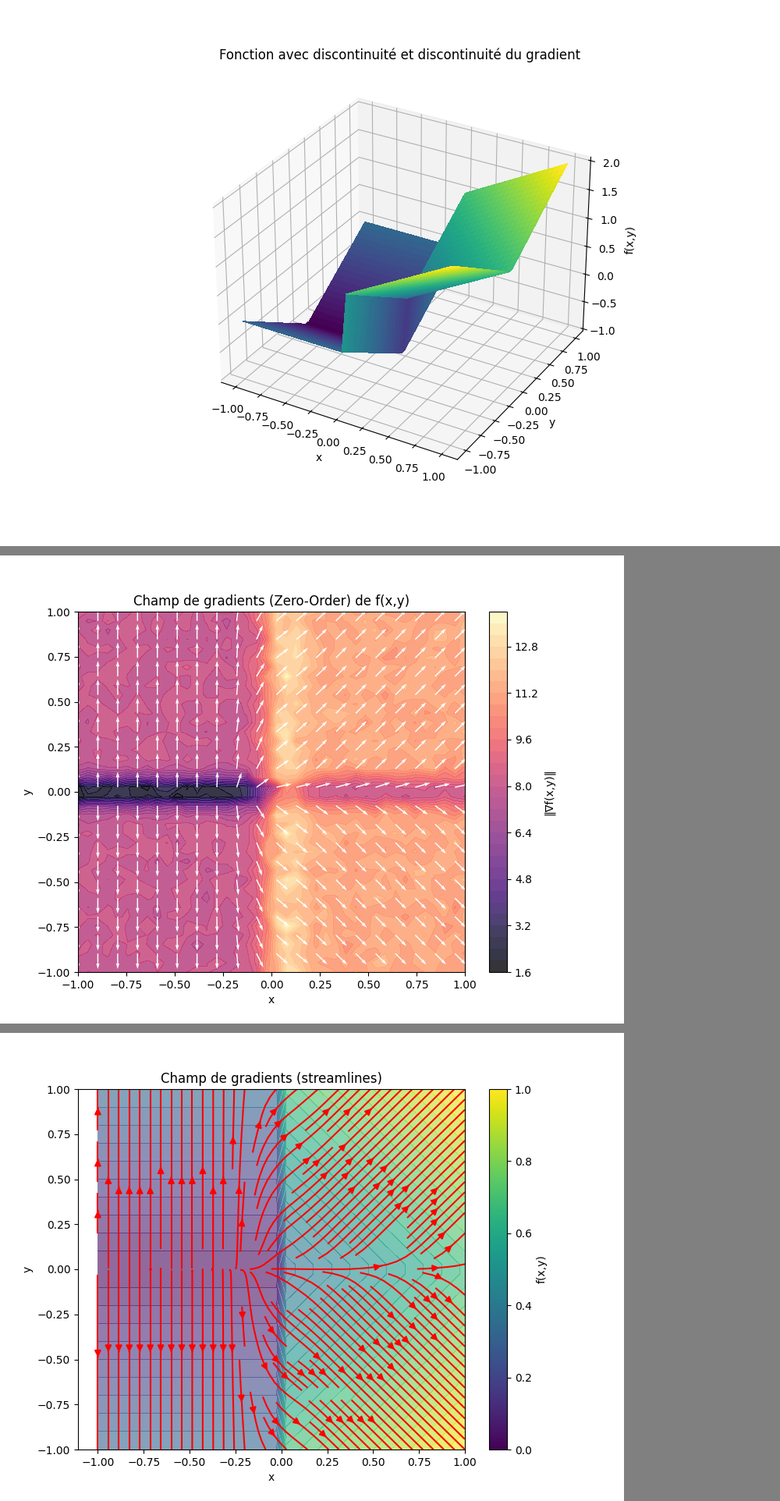
Repository: oomcth/Gradient-smoothing
Script's output: python test2D.py
These files come from the project's save history. The script's output is drawn as it stood at one moment and after the next save; the edit follows.
The pictures are shown at 78% of full size.
Each picture stacks the figures in order, with grey between them; figures that are only written to a file come last. Random numbers start from a fixed seed.

Above is the script's output before, as saved 2025-11-23 23:06:01.

### test2D.py
import numpy as np
import matplotlib.pyplot as plt

sigma = 0.1
M = 500
Ns = 500
rng = np.random.default_rng()
L = 3


def f2(x, y):
    return np.where(x >= 0, x + np.abs(y), -1 + np.abs(y))


def grad_f2(Xs):
    x = Xs[:, 0]
    y = Xs[:, 1]
    dfdx = np.where(x > 0, 1.0, 0.0)
    dfdy = np.where(y > 0, 1.0, -1.0)
    return np.stack((dfdx, dfdy), axis=1)


def gaussian_density(omega, sigma):
    omega = np.asarray(omega)
    norm_sq = np.sum(omega**2, axis=-1)
    const = 1.0 / (2 * np.pi * sigma**2)
    return const * np.exp(-norm_sq / (2 * sigma**2))


def zo_gradient_2d(f, x, y):
    X = np.array([x, y])
    omegas = rng.normal(0, sigma, size=(M, 2))
    Xs = X + omegas
    f_vals = f(Xs[:, 0], Xs[:, 1])
    weights = -omegas / (sigma**2)
    grad_est = -(f_vals[:, None] * weights).mean(axis=0)
    return grad_est


def fo_gradient_2d(f, x, y):
    X = np.array([x, y])
    omegas = rng.normal(0, sigma, size=(M, 2))
    Xs = X + omegas
    grads = grad_f2(Xs)
    p_vals = gaussian_density(omegas, sigma)
    grads_vals = grads * p_vals[:, None]
    y_s = rng.uniform(-L, L, size=Ns)
    z = np.stack((np.zeros_like(y_s), y_s), axis=1)
    p_surface = gaussian_density(z - X, sigma)
    surf_term = np.array([1.0, 0.0]) * (2 * L / Ns) * np.sum(p_surface)
    return grads_vals.mean(0) + surf_term


xv = np.linspace(-1, 1, 40)
yv = np.linspace(-1, 1, 40)
X, Y = np.meshgrid(xv, yv)

U = np.zeros_like(X)
V = np.zeros_like(Y)

for i in range(X.shape[0]):
    for j in range(X.shape[1]):
        grad = fo_gradient_2d(f2, X[i, j], Y[i, j])
        U[i, j], V[i, j] = grad[0], grad[1]

Z = f2(X, Y)

fig = plt.figure(figsize=(10, 7))
ax = fig.add_subplot(111, projection="3d")
ax.plot_surface(X, Y, Z, cmap="viridis", linewidth=0, antialiased=False)
ax.set_title("Fonction avec discontinuité et discontinuité du gradient")
ax.set_xlabel("x")
ax.set_ylabel("y")
ax.set_zlabel("f(x,y)")
plt.show()

fig, ax = plt.subplots(figsize=(8, 6))
cont = ax.contourf(X, Y, np.sqrt(U**2 + V**2), levels=30, cmap="magma", alpha=0.8)
step = 2
norm = np.sqrt(U**2 + V**2)
Udir = U / (norm + 1e-8)
Vdir = V / (norm + 1e-8)
ax.quiver(
    X[::step, ::step],
    Y[::step, ::step],
    Udir[::step, ::step],
    Vdir[::step, ::step],
    color="white",
    scale=25,
)
ax.set_xlabel("x")
ax.set_ylabel("y")
ax.set_title("Champ de gradients (Zero-Order) de f(x,y)")
plt.colorbar(cont, ax=ax, label="‖∇f(x,y)‖")
plt.show()

plt.figure(figsize=(8, 6))
plt.contourf(X, Y, Z, levels=30, cmap="viridis", alpha=0.6)
plt.streamplot(X, Y, U, V, color="red", density=1.2, arrowsize=1.2)
plt.xlabel("x")
plt.ylabel("y")
plt.title("Champ de gradients (streamlines)")
plt.colorbar(label="f(x,y)")
plt.show()

After the next save:
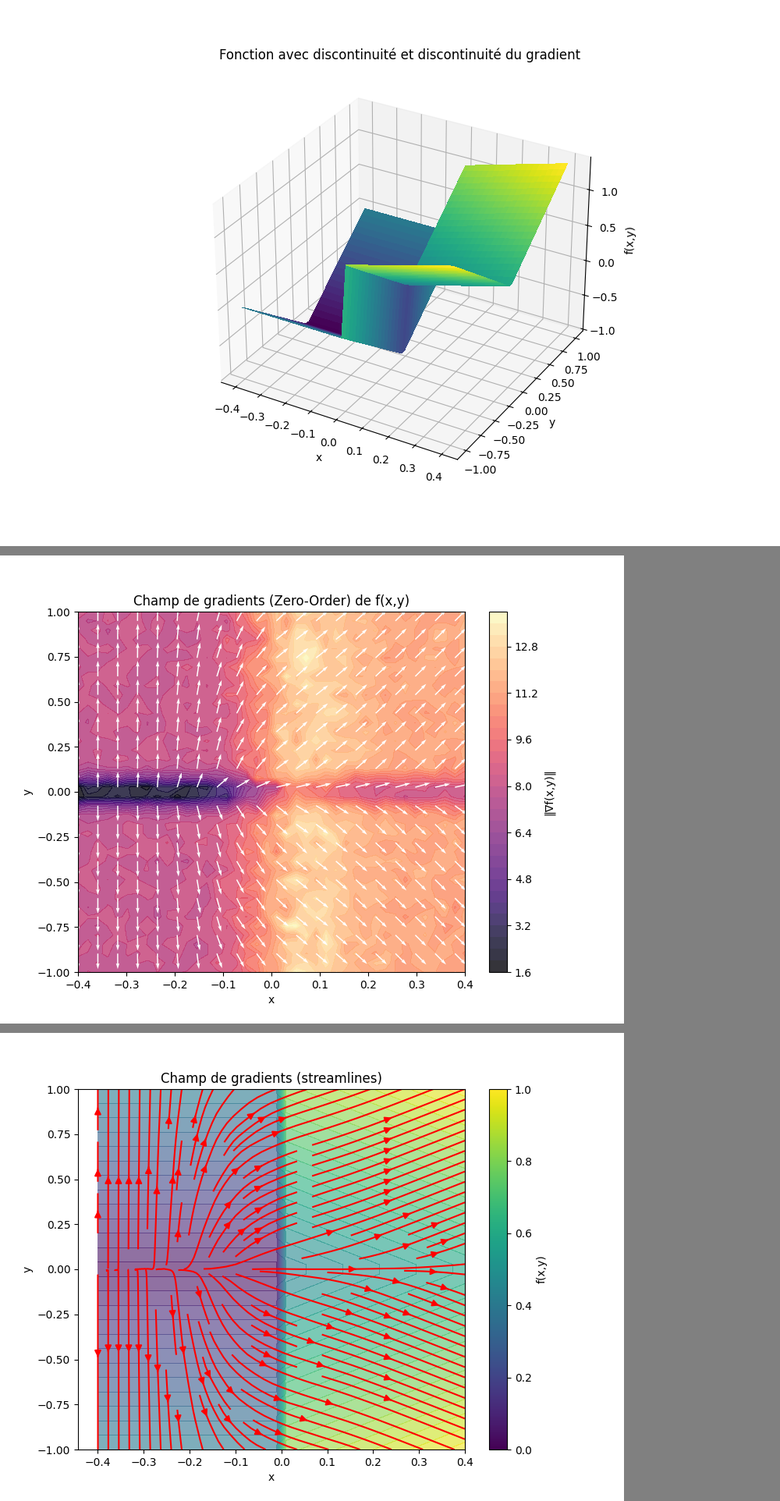
Saved 49 s later.
--- a/test2D.py
+++ b/test2D.py
@@ -51,7 +51,9 @@ def fo_gradient_2d(f, x, y):
     return grads_vals.mean(0) + surf_term
 
 
-xv = np.linspace(-1, 1, 40)
+Xmin = -0.4
+Xmax = 0.4
+xv = np.linspace(Xmin, Xmax, 40)
 yv = np.linspace(-1, 1, 40)
 X, Y = np.meshgrid(xv, yv)
 
